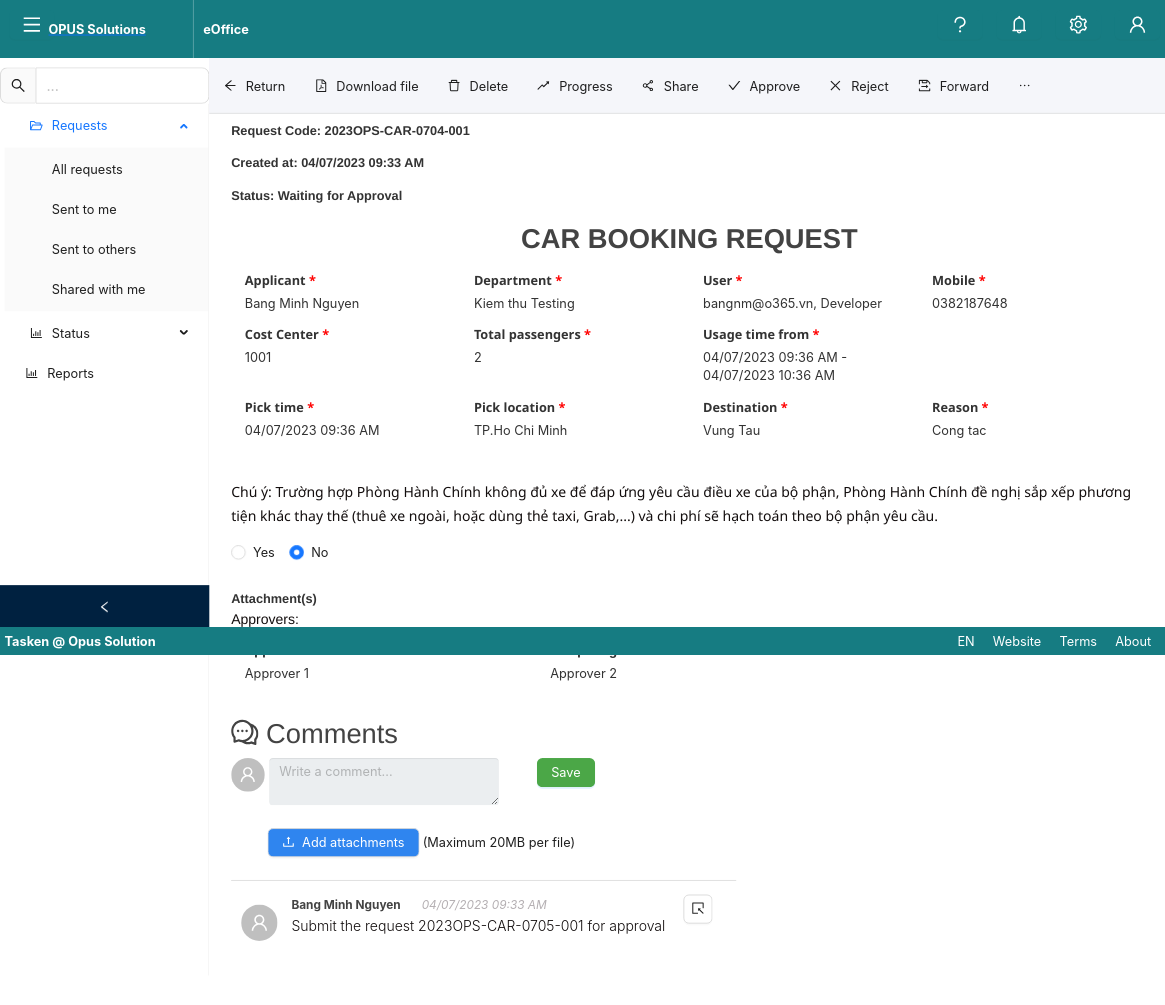
Repository: vannam272008/car-booking
Page: /request/detail
An editor plug-in stored every save of this project. The page is shown before and after the next save, followed by the edit.
The browser window is 1280 px wide. The pictures show the whole page, at 91% of full size.
The project was rebuilt for these pictures with package versions that can differ from the ones it lists, and the page was loaded fresh each time. Also part of the build but not shown: src/Pages/ManageRequest/index.css, src/Pages/ManageRequest/ManageRequest.tsx, src/Components/AddRequest/MenuAdd/index.tsx, src/Components/AddRequest/AddRequest/addRequest.css, src/Components/AddRequest/AddRequest/index.tsx. Imported but missing from the stored project, and not drawn on this page: src/Pages/Home.

Above is the page before, as saved 2023-07-09 21:51:51.

After the next save:
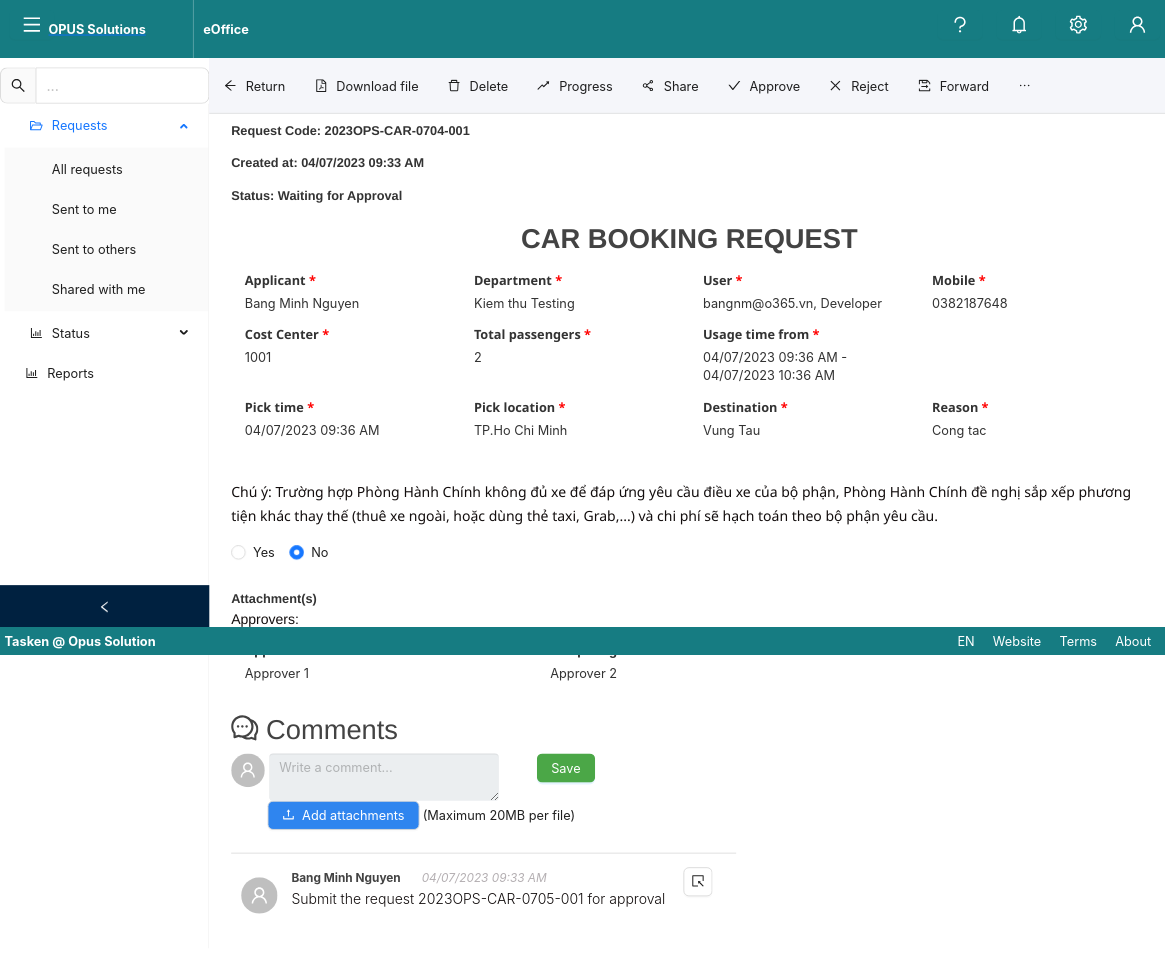
Saved 13 min 17 s later.
--- a/src/Components/DetailRequest/Comments/comment.tsx
+++ b/src/Components/DetailRequest/Comments/comment.tsx
@@ -72,14 +72,14 @@ function Comment(): JSX.Element {
     };
 
     return (
-        <div className='comments'>
+        <div className='comments-detail-request'>
             <div className='title-comment'>
                 <CommentOutlined className='icon-comment' />
                 <span> Comments</span>
             </div>
             {!showReplyForm && (
                 <div>
-                    <Row className='row-comment'>
+                    <Row className='row-comment-box'>
                         <Col span={1}>
                             <Avatar size={37} icon={<UserOutlined />} className='avatar-comment' />
                         </Col>
